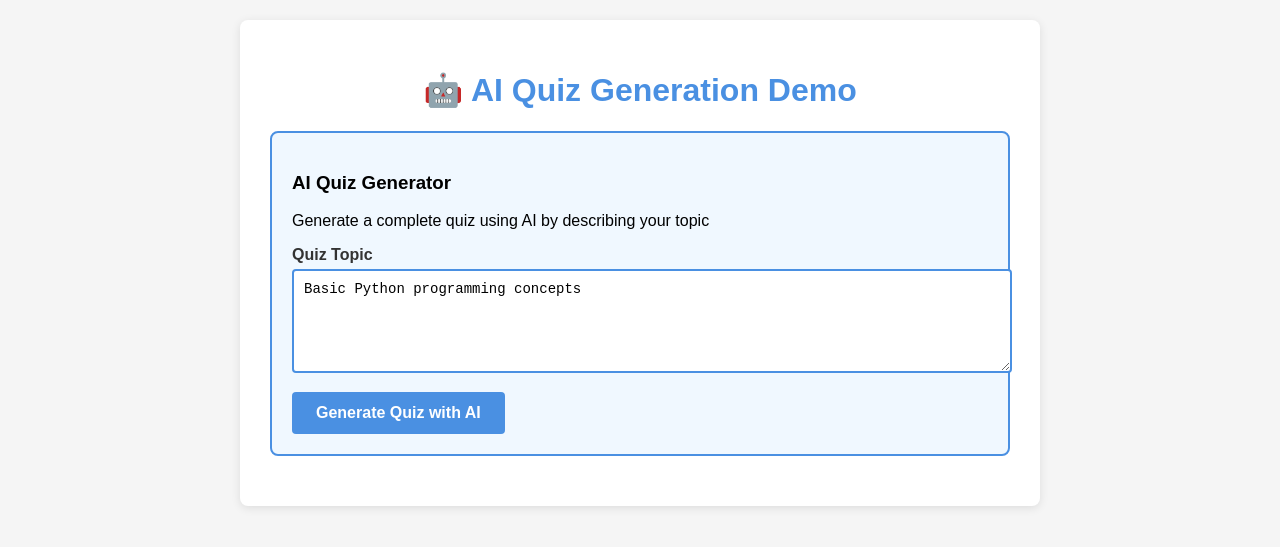
Repository: COMP5241-2526Sem1/groupproject-team_4
Page: test_ai_quiz_demo.html
An editor plug-in stored every save of this project. The page is shown before and after the next save, followed by the edit.
The browser window is 1280 px wide. The pictures show the whole page.

Above is the page before, as saved 2025-11-17 16:38:21.

### test_ai_quiz_demo.html
<!DOCTYPE html>
<html lang="en">
<head>
    <meta charset="UTF-8">
    <meta name="viewport" content="width=device-width, initial-scale=1.0">
    <title>AI Quiz Generation Demo</title>
    <style>
        body {
            font-family: Arial, sans-serif;
            max-width: 800px;
            margin: 0 auto;
            padding: 20px;
            background-color: #f5f5f5;
        }
        .container {
            background: white;
            padding: 30px;
            border-radius: 8px;
            box-shadow: 0 2px 10px rgba(0,0,0,0.1);
        }
        h1 {
            color: #4a90e2;
            text-align: center;
        }
        .ai-section {
            background: #f0f8ff;
            padding: 20px;
            border-radius: 8px;
            border: 2px solid #4a90e2;
            margin-bottom: 20px;
        }
        .form-group {
            margin-bottom: 15px;
        }
        label {
            display: block;
            margin-bottom: 5px;
            font-weight: bold;
            color: #333;
        }
        textarea {
            width: 100%;
            min-height: 80px;
            padding: 10px;
            border: 2px solid #4a90e2;
            border-radius: 4px;
            font-size: 14px;
            resize: vertical;
        }
        button {
            background: #4a90e2;
            color: white;
            border: none;
            padding: 12px 24px;
            border-radius: 4px;
            font-size: 16px;
            font-weight: bold;
            cursor: pointer;
            transition: background 0.2s;
        }
        button:hover {
            background: #357abd;
        }
        .status {
            margin-top: 15px;
            padding: 10px;
            border-radius: 4px;
            display: none;
        }
        .status.success {
            background: #d4edda;
            color: #155724;
            border: 1px solid #c3e6cb;
        }
        .status.error {
            background: #f8d7da;
            color: #721c24;
            border: 1px solid #f5c6cb;
        }
        .status.info {
            background: #d1ecf1;
            color: #0c5460;
            border: 1px solid #bee5eb;
        }
        .result {
            margin-top: 20px;
            padding: 15px;
            background: #f8f9fa;
            border-radius: 4px;
            border: 1px solid #dee2e6;
            font-family: monospace;
            white-space: pre-wrap;
            max-height: 400px;
            overflow-y: auto;
        }
    </style>
</head>
<body>
    <div class="container">
        <h1>🤖 AI Quiz Generation Demo</h1>

        <div class="ai-section">
            <h3>AI Quiz Generator</h3>
            <p>Generate a complete quiz using AI by describing your topic</p>

            <div class="form-group">
                <label for="topic">Quiz Topic</label>
                <textarea id="topic" placeholder="Describe the topic for your quiz (e.g., 'Basic Python programming concepts including variables, loops, and functions')">Basic Python programming concepts</textarea>
            </div>

            <button onclick="generateQuiz()">Generate Quiz with AI</button>

            <div id="status" class="status"></div>
        </div>

        <div id="result" class="result" style="display: none;"></div>
    </div>

    <script>
        async function generateQuiz() {
            const topic = document.getElementById('topic').value.trim();
            const statusDiv = document.getElementById('status');
            const resultDiv = document.getElementById('result');

            if (!topic) {
                showStatus('Please enter a topic for the quiz.', 'error');
                return;
            }

            showStatus('Generating quiz with AI... This may take a few moments.', 'info');
            resultDiv.style.display = 'none';

            try {
                const response = await fetch('/api/ai/quiz', {
                    method: 'POST',
                    headers: {
                        'Content-Type': 'application/json',
                    },
                    body: JSON.stringify({ input: topic })
                });

                if (!response.ok) {
                    const errorData = await response.json();
                    throw new Error(errorData.error || 'Failed to generate quiz');
                }

                const quizData = await response.json();

                if (quizData.error) {
                    throw new Error(quizData.error);
                }

                showStatus('Quiz generated successfully!', 'success');
                resultDiv.textContent = JSON.stringify(quizData, null, 2);
                resultDiv.style.display = 'block';

            } catch (error) {
                showStatus(`Error generating quiz: ${error.message}`, 'error');
                console.error('AI Generation Error:', error);
            }
        }

        function showStatus(message, type) {
            const statusDiv = document.getElementById('status');
            statusDiv.textContent = message;
            statusDiv.className = 'status ' + type;
            statusDiv.style.display = 'block';

            if (type === 'success') {
                setTimeout(() => {
                    statusDiv.style.display = 'none';
                }, 5000);
            }
        }
    </script>
</body>
</html>

After the next save:
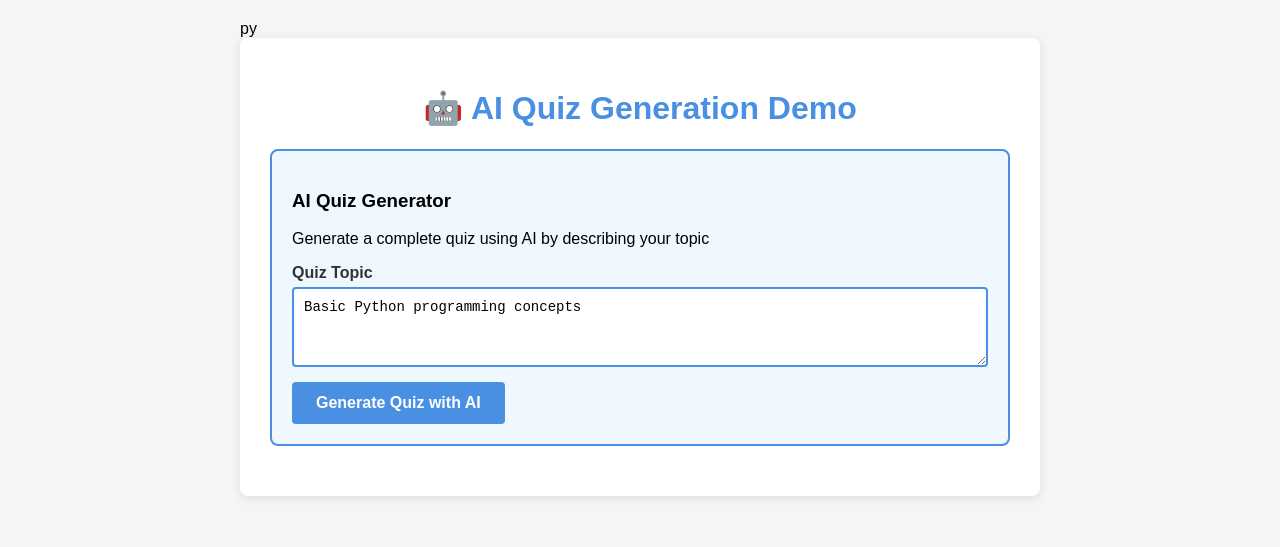
Saved 14 min 47 s later.
--- a/test_ai_quiz_demo.html
+++ b/test_ai_quiz_demo.html
@@ -1,4 +1,4 @@
-<!DOCTYPE html>
+py<!DOCTYPE html>
 <html lang="en">
 <head>
     <meta charset="UTF-8">
